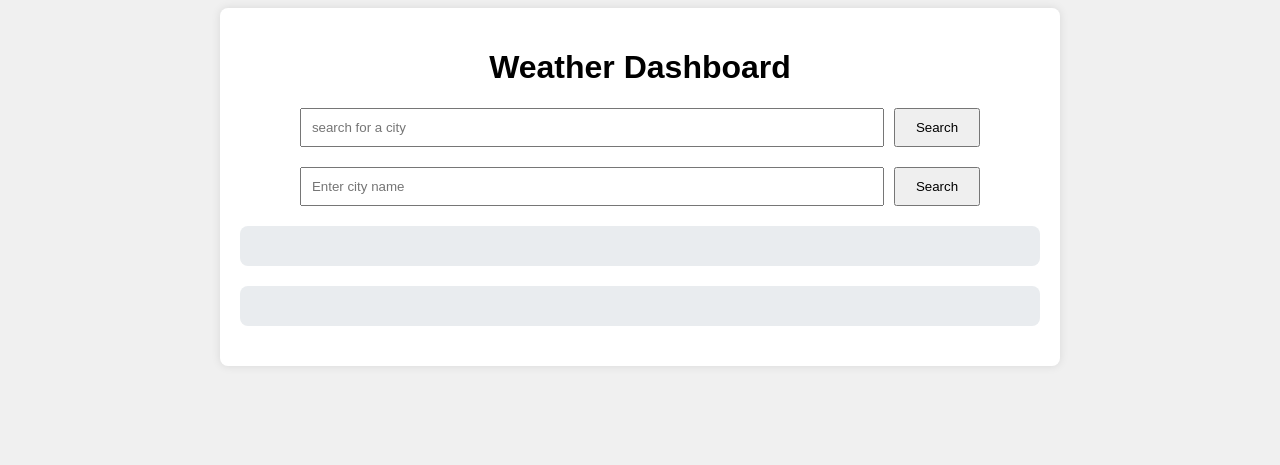
Repository: PaigeC001/WeatherOutlookTracker
Page: WeatherOutlookTracker/index.html
An editor plug-in stored every save of this project. The page is shown before and after the next save, followed by the edit.
The browser window is 1280 px wide. The pictures show the whole page.

Above is the page before, as saved 2024-07-16 04:04:39.

After the next save:
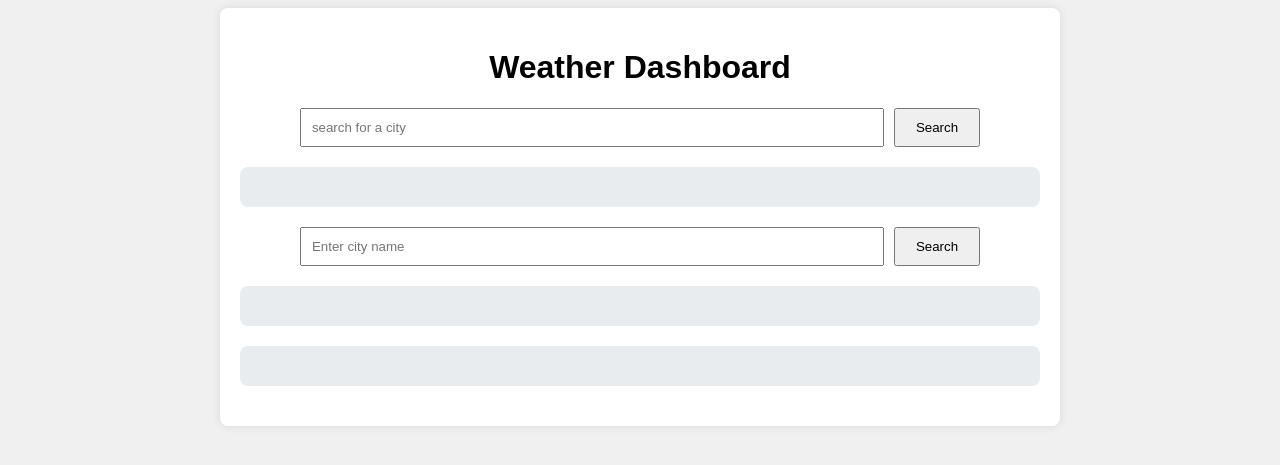
Saved 65 s later.
--- a/WeatherOutlookTracker/index.html
+++ b/WeatherOutlookTracker/index.html
@@ -16,6 +16,8 @@
             <button id="search-button">Search</button>
             <div id="search-history" class="search-history"></div>
         </section>
+        <section id="current-weather" class="current-weather"></section>
+
     </main>
         <div class="search-section">
             <input type="text" id="city-input" placeholder="Enter city name">
